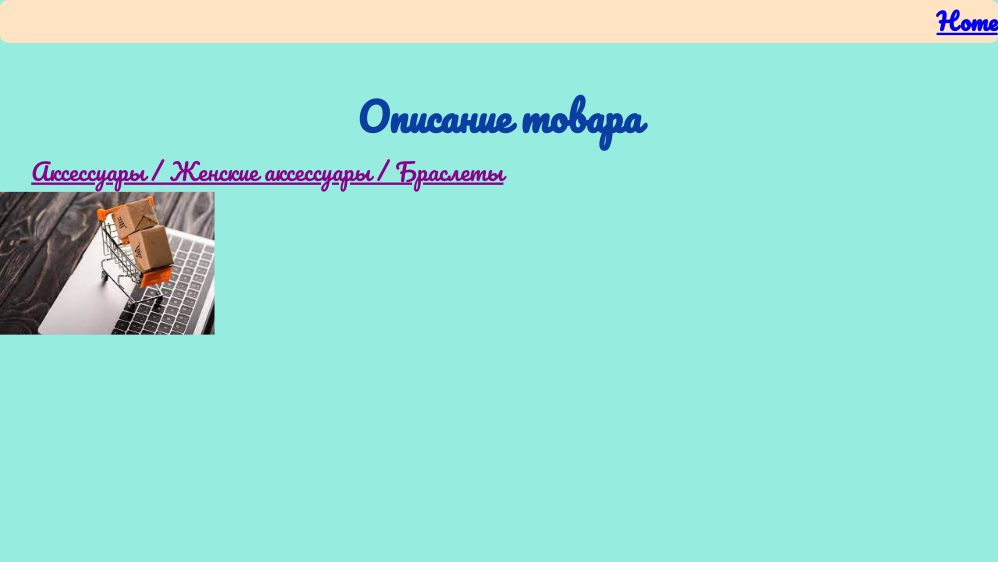
Repository: annamsklv/web
Page: seminar2_26.01/product page.html
An editor plug-in stored every save of this project. The page is shown before and after a run of saves, followed by the edit.
The browser window is 1280 px wide. The pictures show the whole page, at 78% of full size.

Above is the page before, as saved 2023-02-01 20:25:51.

### seminar2_26.01/product page.html
<!DOCTYPE html>
<html lang="en">
<head>
    <meta charset="UTF-8">
    <meta http-equiv="X-UA-Compatible" content="IE-edge">
    <meta name="viewport" content="width=device-width, initial-scale=1.0">
    <div class="home">
        <a class="link" href="index.html">Home</a>
    </div>
    <title>Продукт</title>
    <link rel="preconnect" href="https://fonts.googleapis.com">
<link rel="preconnect" href="https://fonts.gstatic.com" crossorigin>
<link href="https://fonts.googleapis.com/css2?family=Pacifico&display=swap" rel="stylesheet">
    <link rel="stylesheet" href="product style.css">

</head>


<body>

    <div class="header">
    <div class="container"></div>
    <h1 class="title">Описание товара</h1>
    </div>
    </div>

    <div class="content">
        <div class="container">
            <div class="categories">
                <a class="category-link" href="#">Аксессуары / Женские аксессуары / Браслеты</a>
            </div>
        </div>
    </div>
    <div class="item-box">
        <img class="item-pic" src="img/product.jpeg" alt="product">

    </div>

<div class="footer">


</div>

</body>
</html>

### seminar2_26.01/product style.css
* {
    margin: 0;
    padding: 0;
}

body{
    background-color: rgb(150, 236, 222);
}
.container{
    width: 1200px;
    margin: 0 auto;
}

.title{
    text-align: center;
    margin-top: 50px;
    font-family: 'Pacifico';
    color: rgb(10, 63, 161);
    font-size: 50px;
}

.home{
    font-family: 'Pacifico', cursive;
    color: rgb(10, 63, 161);
    font-size: 30px;
    font-weight: bold;
    background-color: bisque;
    border-radius: 10px;
    display: block;
    border: 1px solid transparent;
    text-align: right;
}

.home:hover{
    border: 1 px solid darkmagenta;
    color: darkmagenta;
    background-color: white;

}

.category-link{
    color:darkmagenta;
    font-family: 'Pacifico', cursive;
    font-size: 30px;


}

After the next 2 saves:
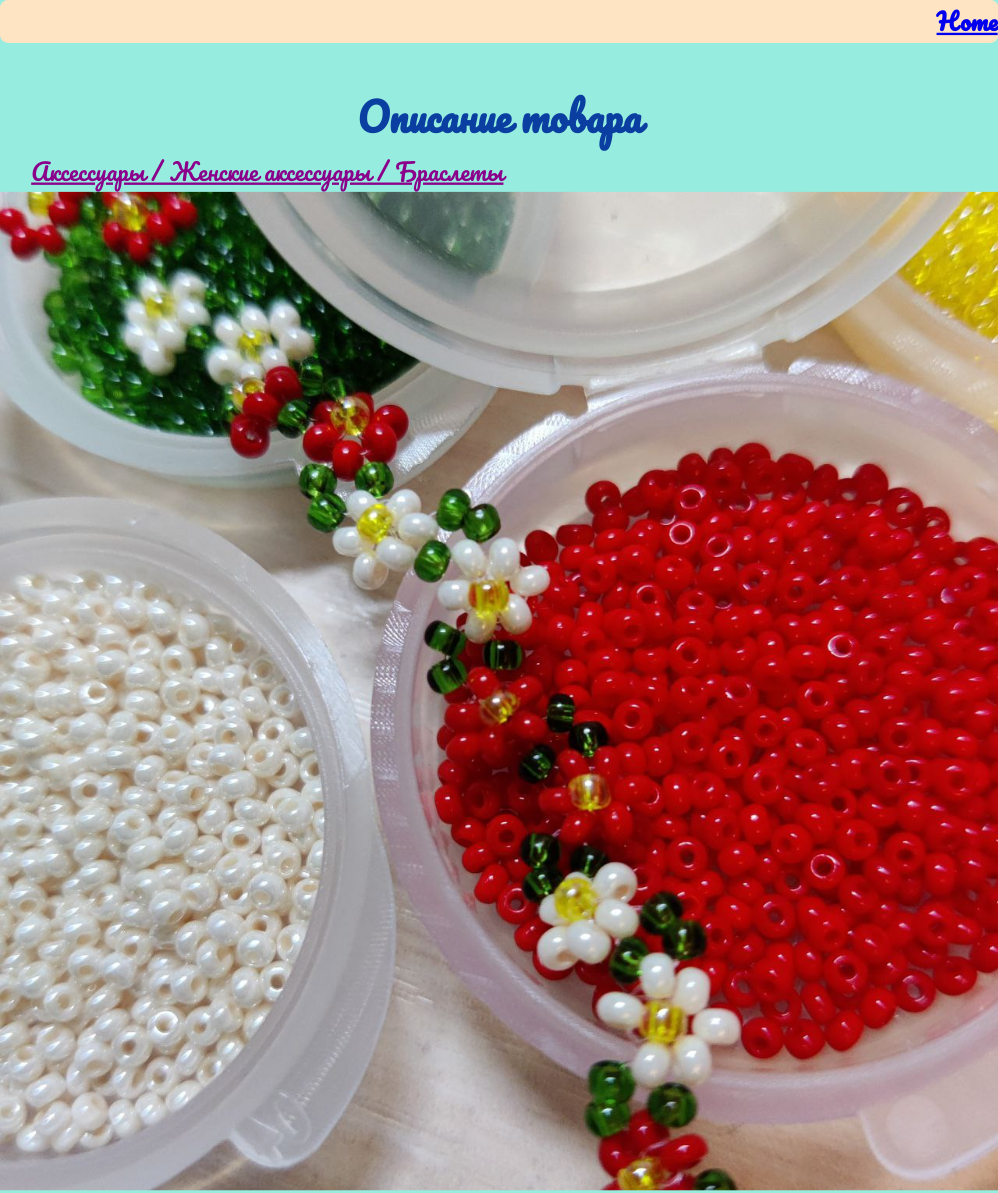
The 2 saves are shown as one change because they came seconds apart.
The last was saved 66 s later.
--- a/seminar2_26.01/product page.html
+++ b/seminar2_26.01/product page.html
@@ -32,7 +32,7 @@
         </div>
     </div>
     <div class="item-box">
-        <img class="item-pic" src="img/product.jpeg" alt="product">
+        <img class="item-pic" src="img/1.jpg" alt="product">
 
     </div>
 
